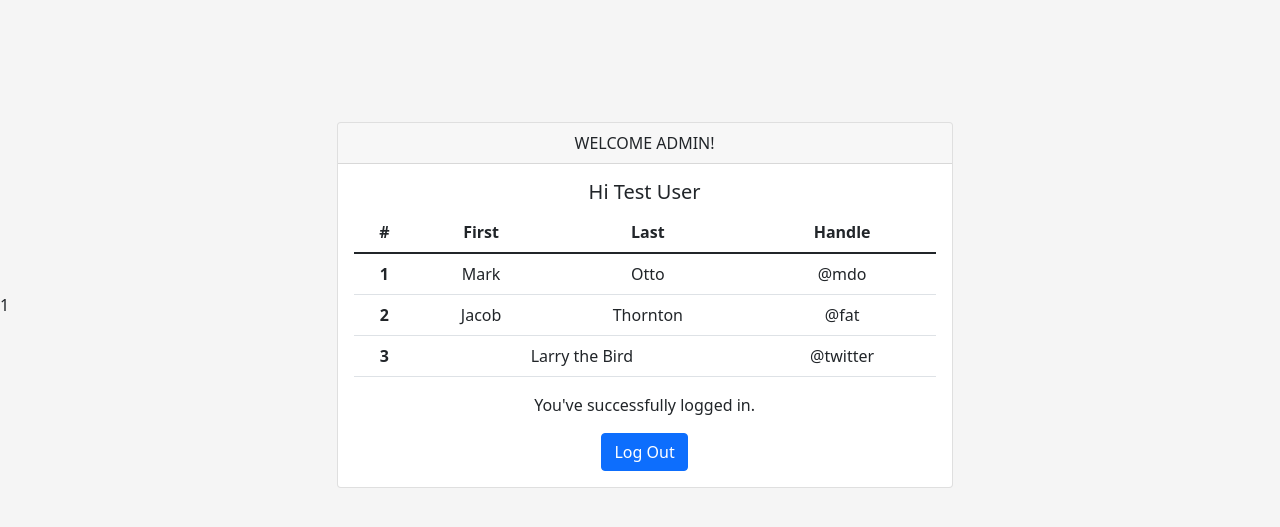
Repository: rabin-bhandari/LOGIN-SIGNUP
Page: http://localhost/welcome.php
The author's editor kept a copy of each file at every save. The page is drawn from the files as they stood at one save, then again after the next save.
The browser window is 1280 px wide. The pictures show the whole page.
The page is run by PHP 8.4 with error messages shown; the project is at /var/www/html/. The session is filled in as if someone had signed in: {"email": "test@example.com", "first_name": "Test User", "last_name": "Test User", "id": 1, "admin": 1}. Other server files are loaded and not shown.

Above is the page before, as saved 2022-03-27 20:09:53.

### welcome.php
<?php

session_start();

if (isset($_SESSION['id']) && isset($_SESSION['email'])) {
?>
  <!DOCTYPE html>
  <html lang="en">

  <head>
    <!-- Required meta tags -->
    <meta charset="utf-8" />
    <meta name="viewport" content="width=device-width, initial-scale=1" />

    <!-- Bootstrap CSS -->
    <link href="https://cdn.jsdelivr.net/npm/bootstrap@5.1.3/dist/css/bootstrap.min.css" rel="stylesheet" integrity="sha384-1BmE4kWBq78iYhFldvKuhfTAU6auU8tT94WrHftjDbrCEXSU1oBoqyl2QvZ6jIW3" crossorigin="anonymous" />
    <link rel="stylesheet" href="main.css" />
    <title>Welcome Screen</title>
  </head>
  <?php
  if ($_SESSION['admin'] == 1) {
  ?>

    <body>
      <?php
      echo $_SESSION['admin'];
      ?>
      <div class="container">
        <div class="card text-center">
          <div class="card-header">
            WELCOME ADMIN!
          </div>
          <div class="card-body">
            <h5 class="card-title">Hi <?php echo $_SESSION['first_name']; ?></h5>
            <table class="table table-hover">
              <thead CLASS=>
                <tr>
                  <th scope="col">#</th>
                  <th scope="col">First</th>
                  <th scope="col">Last</th>
                  <th scope="col">Handle</th>
                </tr>
              </thead>
              <tbody>
                <tr>
                  <th scope="row">1</th>
                  <td>Mark</td>
                  <td>Otto</td>
                  <td>@mdo</td>
                </tr>
                <tr>
                  <th scope="row">2</th>
                  <td>Jacob</td>
                  <td>Thornton</td>
                  <td>@fat</td>
                </tr>
                <tr>
                  <th scope="row">3</th>
                  <td colspan="2">Larry the Bird</td>
                  <td>@twitter</td>
                </tr>
              </tbody>
            </table>
            <p class="card-text">You've successfully logged in.</p>
            <a href="logout.php" class="btn btn-primary">Log Out</a>
          </div>
        </div>
      </div>
    </body>

  </html>
<?php
  } else {
?>

  <body>
    <div class="container">
      <div class="card text-center">
        <div class="card-header">
          WELCOME USER!
        </div>
        <div class="card-body">
          <h5 class="card-title">Hi <?php echo $_SESSION['first_name']; ?></h5>
          <p class="card-text">You've successfully logged in.</p>
          <a href="logout.php" class="btn btn-primary">Log Out</a>
        </div>
      </div>
    </div>
  </body>

  </html>
<?php

  }
} else {
  header("Location: index.php");
  exit();
}
?>

### main.css
body {
  display: flex;
  justify-content: center;
  align-items: center;
  padding-top: 10vh;
  background-color: #f5f5f5;
}

.container {
  display: table;
  max-width: 50vw;
  margin: 50px auto;
}

.nav-tabs .nav-link {
  margin-bottom: -2px;
}

form {
  padding: 30px;
  background-color: #fff;
}

After the next save:
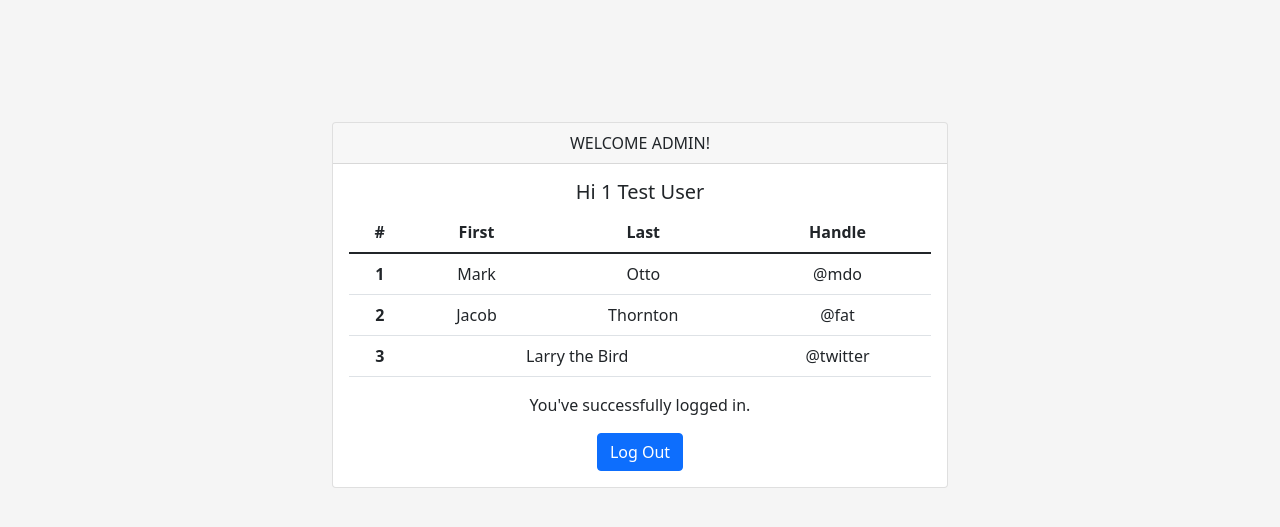
Saved 31 s later.
--- a/welcome.php
+++ b/welcome.php
@@ -22,16 +22,16 @@ if (isset($_SESSION['id']) && isset($_SESSION['email'])) {
   ?>
 
     <body>
-      <?php
-      echo $_SESSION['admin'];
-      ?>
+
       <div class="container">
         <div class="card text-center">
           <div class="card-header">
             WELCOME ADMIN!
           </div>
           <div class="card-body">
-            <h5 class="card-title">Hi <?php echo $_SESSION['first_name']; ?></h5>
+            <h5 class="card-title">Hi <?php
+                                      echo $_SESSION['admin'];
+                                      ?> <?php echo $_SESSION['first_name']; ?></h5>
             <table class="table table-hover">
               <thead CLASS=>
                 <tr>
